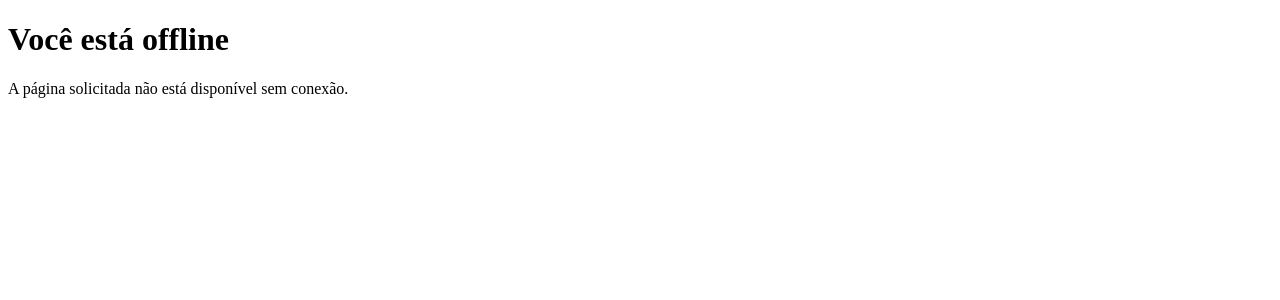
Repository: yasmimSM2007/Projeto-Final-PDM
Page: cardapio-offline/public/offline.html
An editor plug-in stored every save of this project. The page is shown before and after a run of saves, followed by the edit.
The browser window is 1280 px wide. The pictures show the whole page.

Above is the page before, as saved 2025-11-22 12:41:47.

After the next 6 saves:
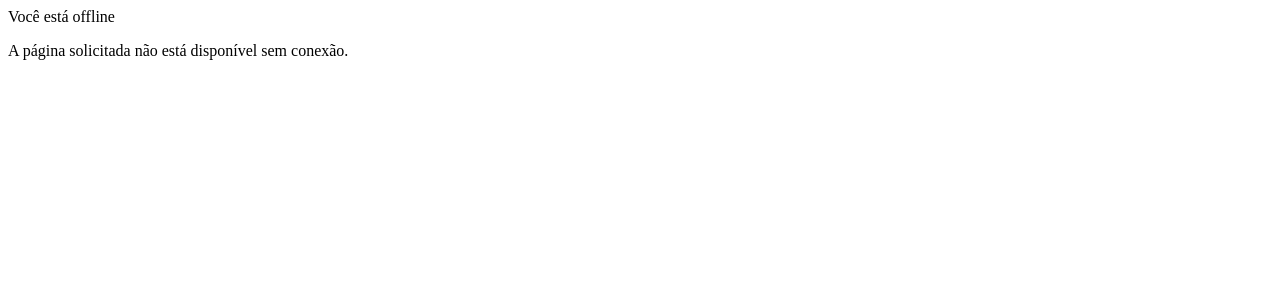
The 6 saves are shown as one change because they came seconds apart.
The last was saved 3 min 25 s later.
--- a/cardapio-offline/public/offline.html
+++ b/cardapio-offline/public/offline.html
@@ -6,6 +6,7 @@
     <title>Offline</title>
   </head>
   <body>
+    <div class="offline"
     <h1>Você está offline</h1>
     <p>A página solicitada não está disponível sem conexão.</p>
   </body>

After the save that followed:
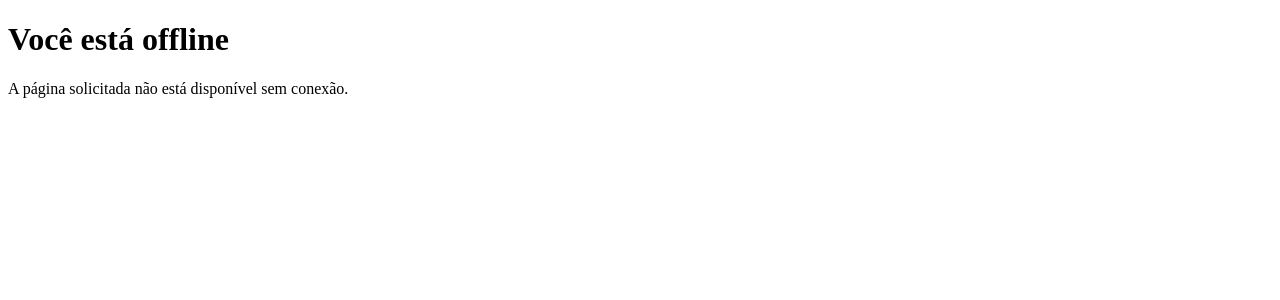
Saved 8 s later.
--- a/cardapio-offline/public/offline.html
+++ b/cardapio-offline/public/offline.html
@@ -6,7 +6,7 @@
     <title>Offline</title>
   </head>
   <body>
-    <div class="offline"
+    <div class="offline"></div>
     <h1>Você está offline</h1>
     <p>A página solicitada não está disponível sem conexão.</p>
   </body>
